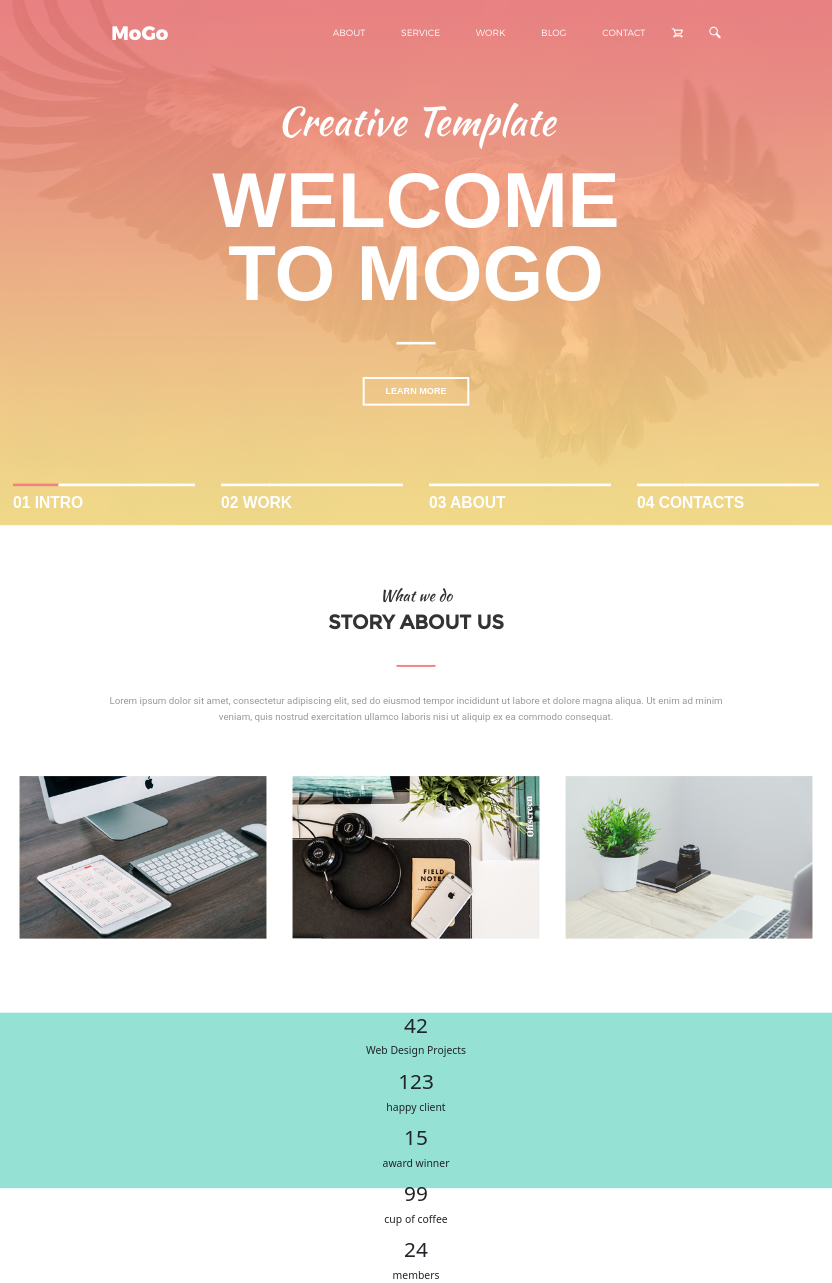
Repository: RaffiBarseghyan/mogo
Page: /
An editor plug-in stored every save of this project. The page is shown before and after a run of saves, followed by the edit.
The browser window is 1280 px wide. The pictures show the whole page, at 65% of full size.
The project was rebuilt for these pictures with package versions that can differ from the ones it lists, and the page was loaded fresh each time.

Above is the page before, as saved 2023-05-11 17:51:08.

After the next 5 saves:
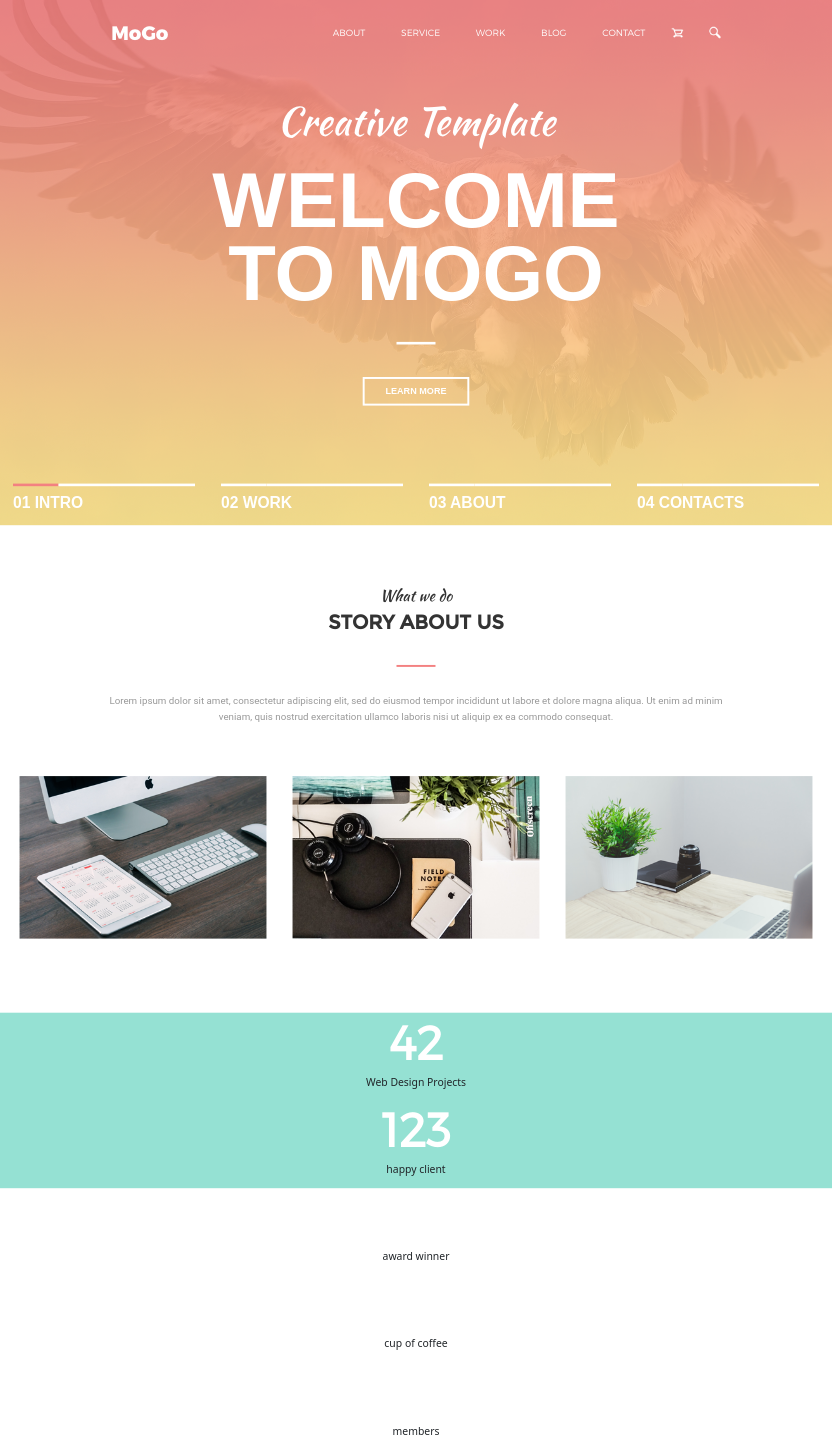
The 5 saves are shown as one change because they came seconds apart.
The last was saved 22 s later.
--- a/src/Pages/AboutUs/aboutUs.module.scss
+++ b/src/Pages/AboutUs/aboutUs.module.scss
@@ -120,4 +120,13 @@
 .aboutUsFooter {
   height: 270px;
   background-color: #95e1d3;
+  h2 {
+    font-size: 72px;
+    text-transform: uppercase;
+    color: #ffffff;
+    font-weight: 700;
+    font-family: "Montserrat";
+    text-align: center;
+  }
+
 }
